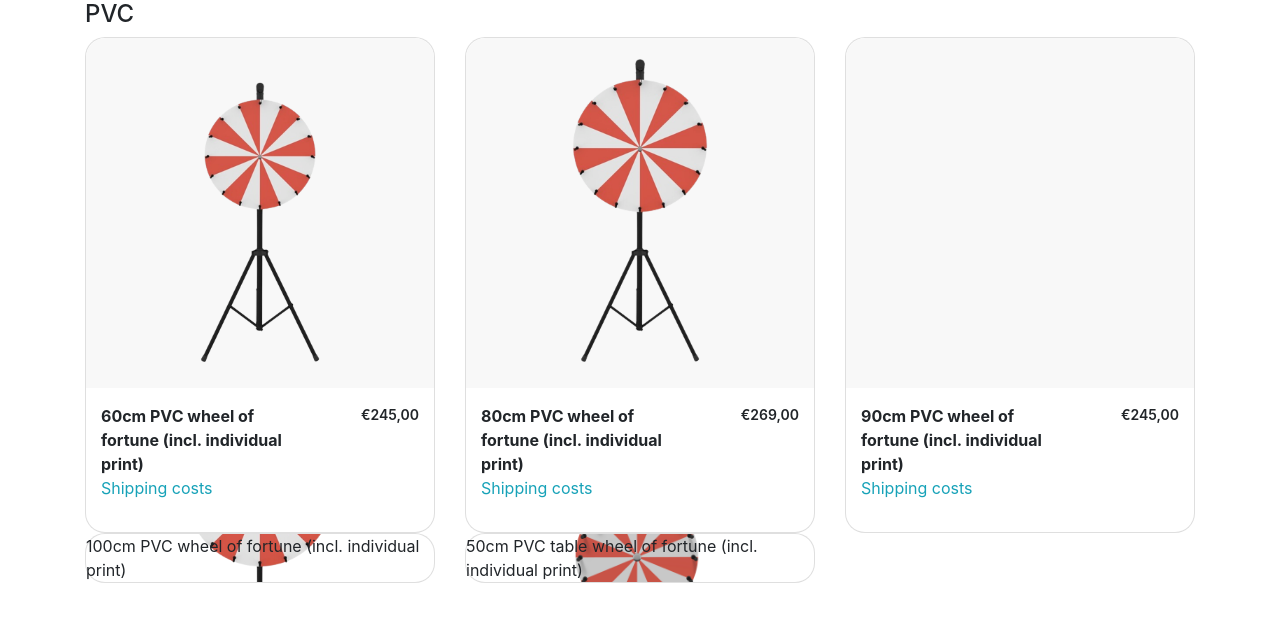
Repository: Awaisp-irfan/fahad-project
Page: pvc.html
These files come from the project's save history. The page is drawn as it stood at one moment and after the next save; the edit follows.
The browser window is 1280 px wide. The pictures show the whole page.

Above is the page before, as saved 2022-06-30 09:30:49.

### pvc.html
<!DOCTYPE html>
<html lang="en">
  <head>
    <meta charset="UTF-8" />
    <meta http-equiv="X-UA-Compatible" content="IE=edge" />
    <meta name="viewport" content="width=device-width, initial-scale=1.0" />
    <link
      rel="stylesheet"
      href="https://cdn.jsdelivr.net/npm/bootstrap@4.6.1/dist/css/bootstrap.min.css"
      integrity="sha384-zCbKRCUGaJDkqS1kPbPd7TveP5iyJE0EjAuZQTgFLD2ylzuqKfdKlfG/eSrtxUkn"
      crossorigin="anonymous"
    />

    <link rel="stylesheet" href="./style.css" />
    <title>Document</title>
  </head>
  <body>
    <div class="container">
      <div class="row">
        <div class="col-lg-12">
          <h4 class="heading">PVC</h4>
        </div>
      </div>

      <div class="row">
        <div class="col-lg-4 col-md-6 col-12">
          <div class="card">
            <div class="img-div">
              <div class="cm60-img"></div>
            </div>
            <div class="cm60-content d-flex justify-content-between my-lg-3">
              <div class="col-8">
                <p class="title">60cm PVC wheel of fortune (incl. individual print)</p>
                <p class="text-info">Shipping costs</p>
              </div>
              <div class="col-4 ">
                <p class="price">
                    €245,00
              </p></div>
            </div>
          </div>
        </div>
        <div class="col-lg-4 col-md-6 col-12">
            <div class="card">
              <div class="img-div">
                <div class="cm80-img"></div>
              </div>
              <div class="cm60-content d-flex justify-content-between my-lg-3">
                <div class="col-8">
                  <p class="title">80cm PVC wheel of fortune (incl. individual print)</p>
                  <p class="text-info">Shipping costs</p>
                </div>
                <div class="col-4 ">
                  <p class="price">
                      €269,00
                </p></div>
              </div>
            </div>
          </div>
          <div class="col-lg-4 col-md-6 col-12">
            <div class="card">
              <div class="img-div">
                <div class="cm90-img"></div>
              </div>
              <div class="cm60-content d-flex justify-content-between my-lg-3">
                <div class="col-8">
                  <p class="title">90cm PVC wheel of fortune (incl. individual print)</p>
                  <p class="text-info">Shipping costs</p>
                </div>
                <div class="col-4 ">
                  <p class="price">
                      €245,00
                </p></div>
              </div>
            </div>
          </div>
        <div class="col-lg-4">
          <div class="card img-div">
            <div class="cm100">
              100cm PVC wheel of fortune (incl. individual print)
            </div>
          </div>
        </div>
        <div class="col-lg-4">
          <div class="card img-div">
            <div class="cm50">
              50cm PVC table wheel of fortune (incl. individual print)
            </div>
          </div>
        </div>
      </div>
    </div>
  </body>
</html>

### style.css
.pvc{
    background-image: url(./assests/2289977149.jpg);
    background-size: cover;
    background-position: center;
    background-repeat: no-repeat;
    height: 100%;
    border-radius: 20px;
}

.col-lg-4>a > .img-div{
    height: 400px;
    border-radius: 20px;
}
.card{
    border-radius: 20px;
}
.card>.img-div{
    height: 350px;
    border-top-left-radius: 20px;
    border-top-right-radius: 20px;
    background-color: rgb(248, 248, 248);
}
.wooden{
    background-image: url(./assests/wooden.jpg);
    background-size: cover;
    background-position: center;
    background-repeat: no-repeat;
    height: 100%;
    border-radius: 20px;
}

.display{
    background-image: url(./assests/display.jpg);
    background-size: cover;
    background-position: center;
    background-repeat: no-repeat;
    height: 100%;
    border-radius: 20px;
}
.cm60-img{
    background: url(./assests/60cm_PVC-removebg-preview.png);

    background-size: cover;
    background-position: center;
    background-repeat: no-repeat;
    height: 100%;
    border-radius: 20px;
}

.cm80-img{
    background: url(./assests/80cm_PVC-removebg-preview.png);

    background-size: cover;
    background-position: center;
    background-repeat: no-repeat;
    height: 100%;
    border-radius: 20px;
}

.cm90{
    background: url(./assests/90cm_PVC-removebg-preview.png);

    background-size: cover;
    background-position: center;
    background-repeat: no-repeat;
    height: 100%;
    border-radius: 20px;
}
.cm100{
    background: url(./assests/100cm_PVC-removebg-preview.png);

    background-size: cover;
    background-position: center;
    background-repeat: no-repeat;
    height: 100%;
    border-radius: 20px;
}

.cm50{
    background: url(./assests//50cm\ PVC.png);

    background-size: cover;
    background-position: center;
    background-repeat: no-repeat;
    height: 100%;
    border-radius: 20px;
}

.title{
    font-weight: bold;
    font-size: 16px;
    margin: 0;
    padding: 0;
}

.price{
    font-size: 14px;
    font-weight: 600;
    text-align: right;
    margin: 0;
    padding: 0;
}

After the next save:
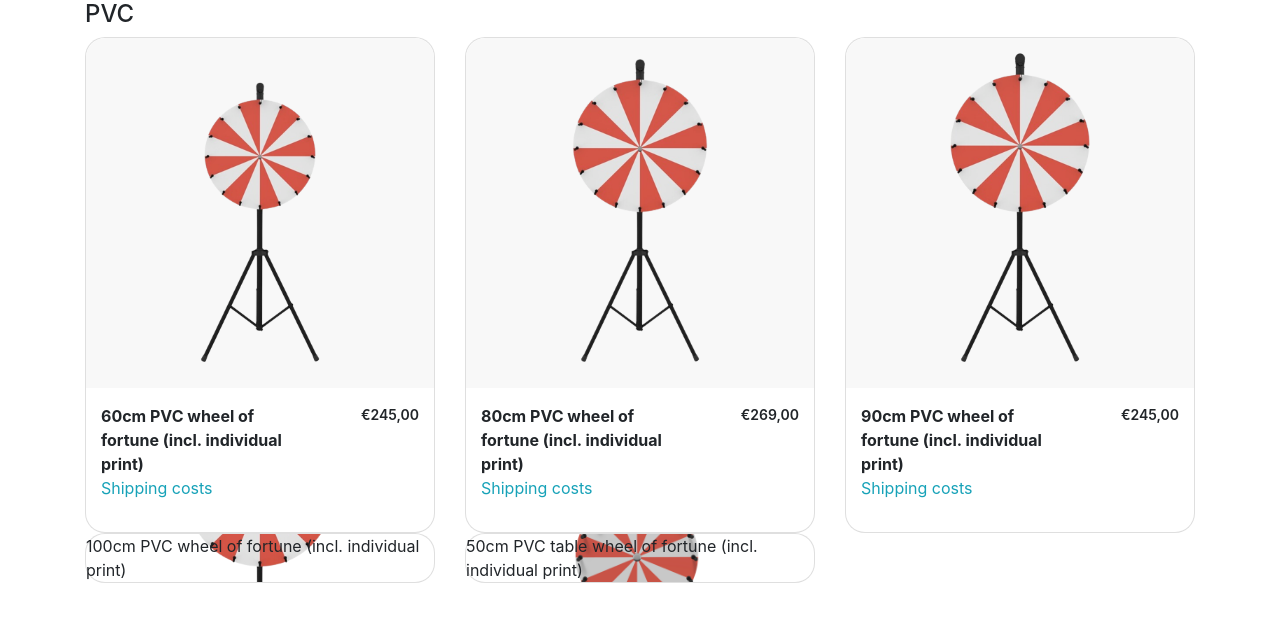
Saved 19 s later.
--- a/style.css
+++ b/style.css
@@ -57,7 +57,7 @@
     border-radius: 20px;
 }
 
-.cm90{
+.cm90-img{
     background: url(./assests/90cm_PVC-removebg-preview.png);
 
     background-size: cover;
